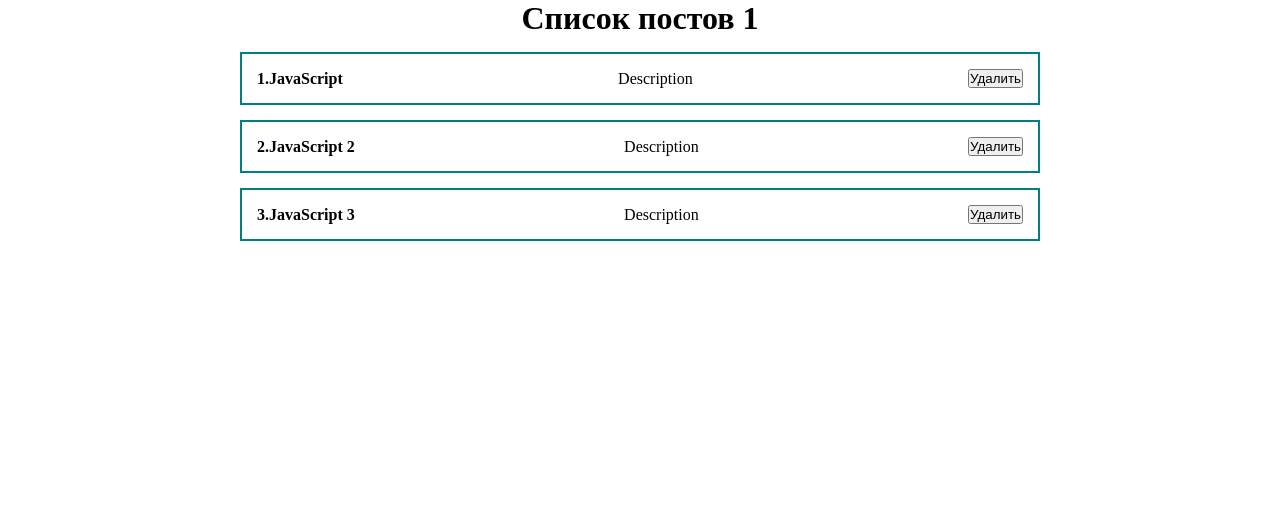
Repository: otvertka/ulb2_react
Page: / (app in jk_project/)
The author's editor kept a copy of each file at every save. The page is drawn from the files as they stood at one save, then again after the next save.
The browser window is 1280 px wide. The pictures show the whole page.
The project was rebuilt for these pictures with package versions that can differ from the ones it lists, and the page was loaded fresh each time. Also part of the build but not shown: jk_project/src/component/Counter.jsx, jk_project/src/component/ClassCounter.jsx.

Above is the page before, as saved 2023-09-08 11:44:12.

### jk_project/public/index.html
<!DOCTYPE html>
<html lang="en">
  <head>
    <meta charset="utf-8" />

    <meta name="viewport" content="width=device-width, initial-scale=1" />

    <title>React App</title>
  </head>
  <body>
    <noscript>You need to enable JavaScript to run this app.</noscript>
    <div id="root"></div>
    <!-- Здесь будет приложение JS -->
  </body>
</html>

### jk_project/src/App.js
import React, { useState } from "react";
import Counter from "./component/Counter";
import ClassCounter from "./component/ClassCounter";
import classes from "./styles/App.css";
import PostItem from "./component/PostItem";
import PostList from "./component/PostList";

function App() {
  const [posts, setPosts] = useState([
    { id: 1, title: "JavaScript", body: "Description" },
    { id: 2, title: "JavaScript 2", body: "Description" },
    { id: 3, title: "JavaScript 3", body: "Description" },
  ]);

  return (
    <div className="App">
      <PostList posts={posts} title="Список постов 1" />
    </div>
  );
}

export default App;

### jk_project/src/styles/app.css
* {
  margin: 0;
  padding: 0;
  box-sizing: border-box;
}

#root {
  display: flex;
  justify-content: center;
}

.App {
  width: 800px;
}

.post {
  display: flex;
  padding: 15px;
  border: 2px solid teal;
  margin-top: 15px;
  justify-content: space-between;
  align-items: center;
}

### jk_project/src/component/PostItem.jsx
import React from "react";

const PostItem = (props) => {
  console.log(props);
  return (
    <div>
      <div className="post">
        <div className="post__content">
          <strong>
            {props.post.id}.{props.post.title}
          </strong>
        </div>
        <div>{props.post.body}</div>
        <div className="post__btns">
          <button>Удалить</button>
        </div>
      </div>
    </div>
  );
};

export default PostItem;

### jk_project/src/component/PostList.jsx
import React from "react";
import PostItem from "./PostItem";

const PostList = ({ posts, title }) => {
  return (
    <div>
      <h1 style={{ textAlign: "center" }}>{title}</h1>
      {posts.map((post) => (
        <PostItem post={post} key={post.id} />
      ))}
    </div>
  );
};

export default PostList;

Loaded but not shown: jk_project/src/index.js (common file)

After the next save:
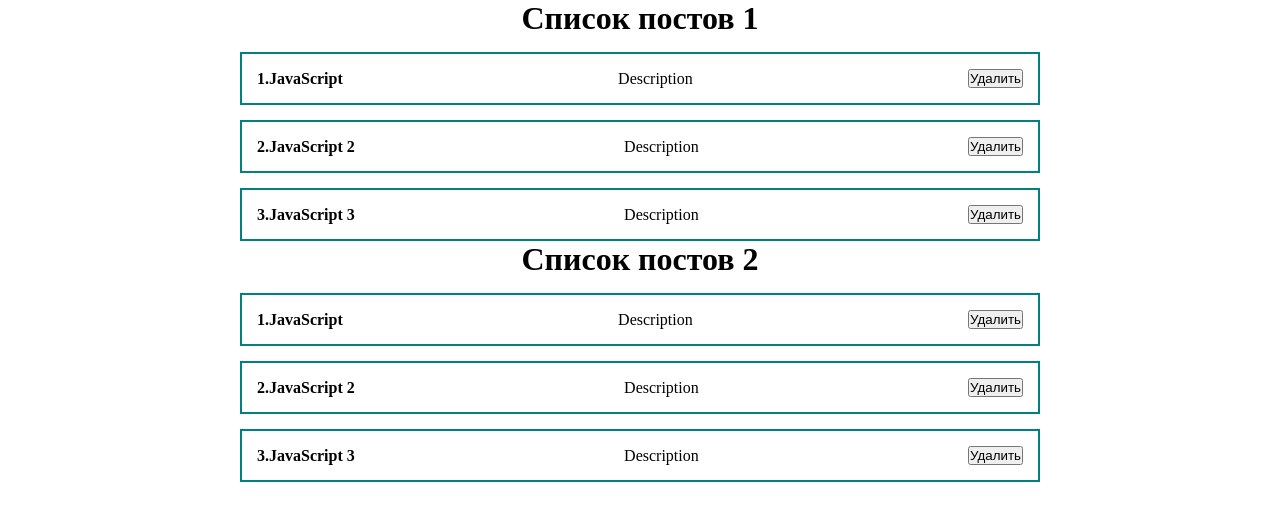
Saved 40 s later.
--- a/jk_project/src/App.js
+++ b/jk_project/src/App.js
@@ -15,6 +15,7 @@ function App() {
   return (
     <div className="App">
       <PostList posts={posts} title="Список постов 1" />
+      <PostList posts={posts} title="Список постов 2" />
     </div>
   );
 }
